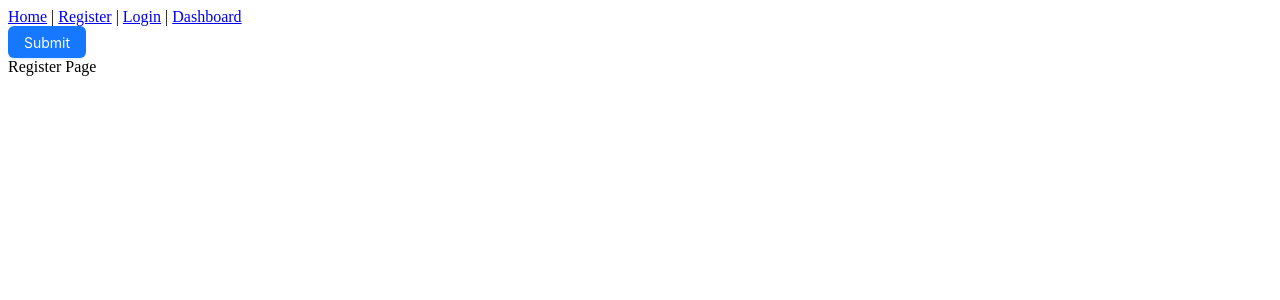
Repository: shaynewx/Airbrb
Page: /register (app in frontend/)
The author's editor kept a copy of each file at every save. The page is drawn from the files as they stood at one save, then again after the next save.
The browser window is 1280 px wide. The pictures show the whole page.
The project was rebuilt for these pictures with package versions that can differ from the ones it lists, and the page was loaded fresh each time. Also part of the build but not shown: frontend/src/components/Home.jsx, frontend/src/components/form/apiService.jsx, frontend/src/components/form/LoginForm.jsx, frontend/src/components/Login.jsx, frontend/src/components/Dashboard.jsx.

Above is the page before, as saved 2023-11-07 12:43:22.

### frontend/src/App.jsx
import React from 'react';
import { BrowserRouter as Router } from 'react-router-dom';
import PageList from './PageList';

function App () {
  return (
    <Router>
      <PageList />
    </Router>
  );
}

export default App;

### frontend/src/PageList.jsx
import React from 'react';
import { Routes, Route, Link } from 'react-router-dom';
import Home from './components/Home';
import Register from './components/Register';
import Login from './components/Login';
import Dashboard from './components/Dashboard';
import SubmitButton from './components/button/SubmitButton';
import CancelButton from './components/button/CancelButton';

function PageList () {
  const [token, setToken] = React.useState(null);
  // const logout = () => {
  //   setToken(null);
  //   localStorage.removeItem('token');
  // }

  // const bookroom = () => {
  //   console.log('bookroom');
  // }

  return (
    <>
      <nav>
        <Link to="/">Home</Link>
        &nbsp;|&nbsp;
        <Link to="/register">Register</Link>
        &nbsp;|&nbsp;
        <Link to="/login">Login</Link>
        &nbsp;|&nbsp;
        <Link to="/dashboard">Dashboard</Link>
      </nav>
      <SubmitButton type="primary"></SubmitButton>

      <Routes>
        <Route path="/" element={<Home />} />
        <Route path="/register" element={<Register token={token} setToken={setToken} />} />
        <Route path="/login" element={<Login token={token} setToken={setToken} />} />
        <Route path="/dashboard" element={<Dashboard token={token} />} />
      </Routes>
    </>
  );
}

export default PageList;

### frontend/src/components/Register.jsx
import React from 'react';

function Register () {
  return (
    <div>
      {/* 注册界面代码 */}
      Register Page
    </div>
  );
}

export default Register;

### frontend/src/components/button/SubmitButton.jsx
import React from 'react';
import { Button } from 'antd';

const SubmitButton = () => (
  <Button type="primary">Submit</Button>
);

export default SubmitButton;

### frontend/src/components/button/CancelButton.jsx
import React from 'react';
import { Button } from 'antd';

const CancelButton = () => (
  <Button>Cancel</Button>
);

export default CancelButton;

Loaded but not shown: frontend/src/index.jsx (common file)

After the next save:
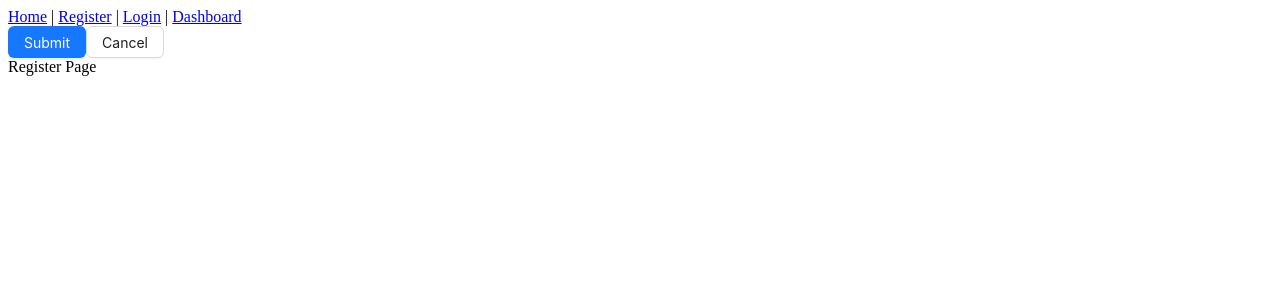
Saved 7 s later.
--- a/frontend/src/PageList.jsx
+++ b/frontend/src/PageList.jsx
@@ -30,7 +30,7 @@ function PageList () {
         <Link to="/dashboard">Dashboard</Link>
       </nav>
       <SubmitButton type="primary"></SubmitButton>
-
+      <CancelButton></CancelButton>
       <Routes>
         <Route path="/" element={<Home />} />
         <Route path="/register" element={<Register token={token} setToken={setToken} />} />
